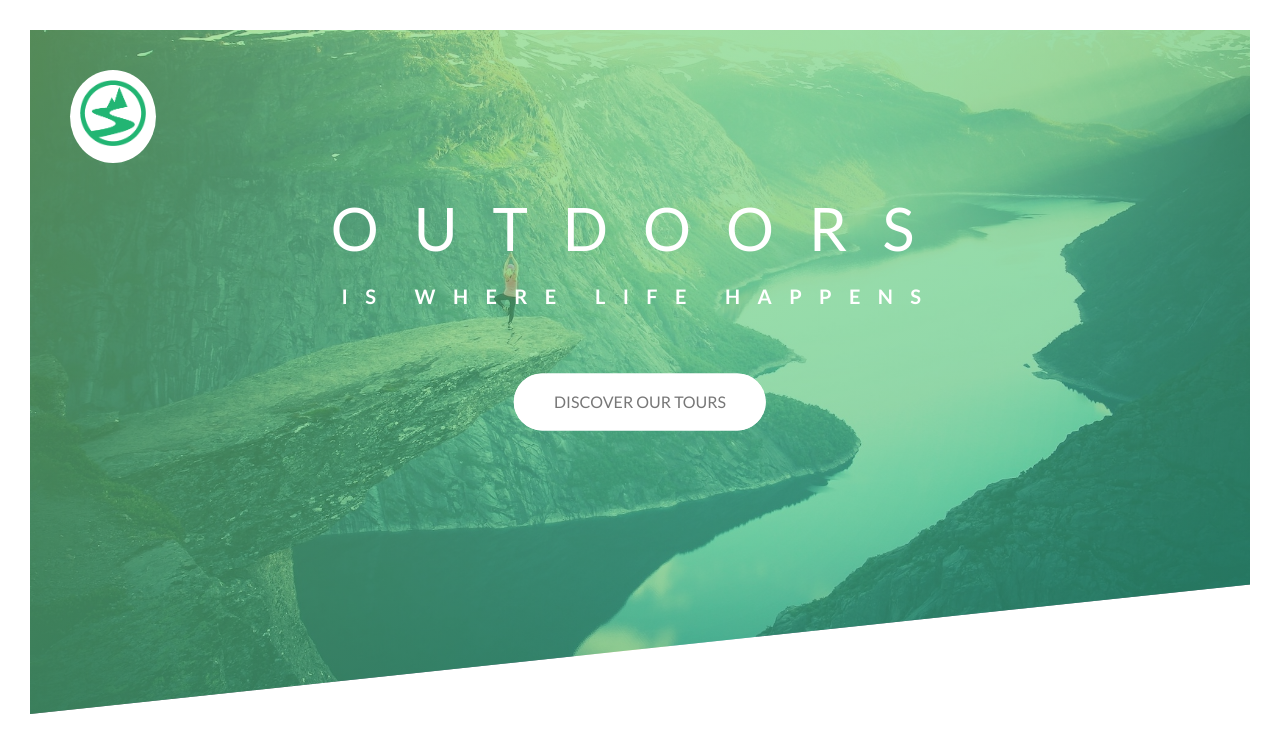
Repository: mukiSabljakovic/NatoursV1
Page: index.html
The author's editor kept a copy of each file at every save. The page is drawn from the files as they stood at one save, then again after the next save.
The browser window is 1280 px wide. The pictures show the whole page.
Some web libraries are served in a nearby version.

Above is the page before, as saved 2020-05-11 16:28:23.

After the next save:
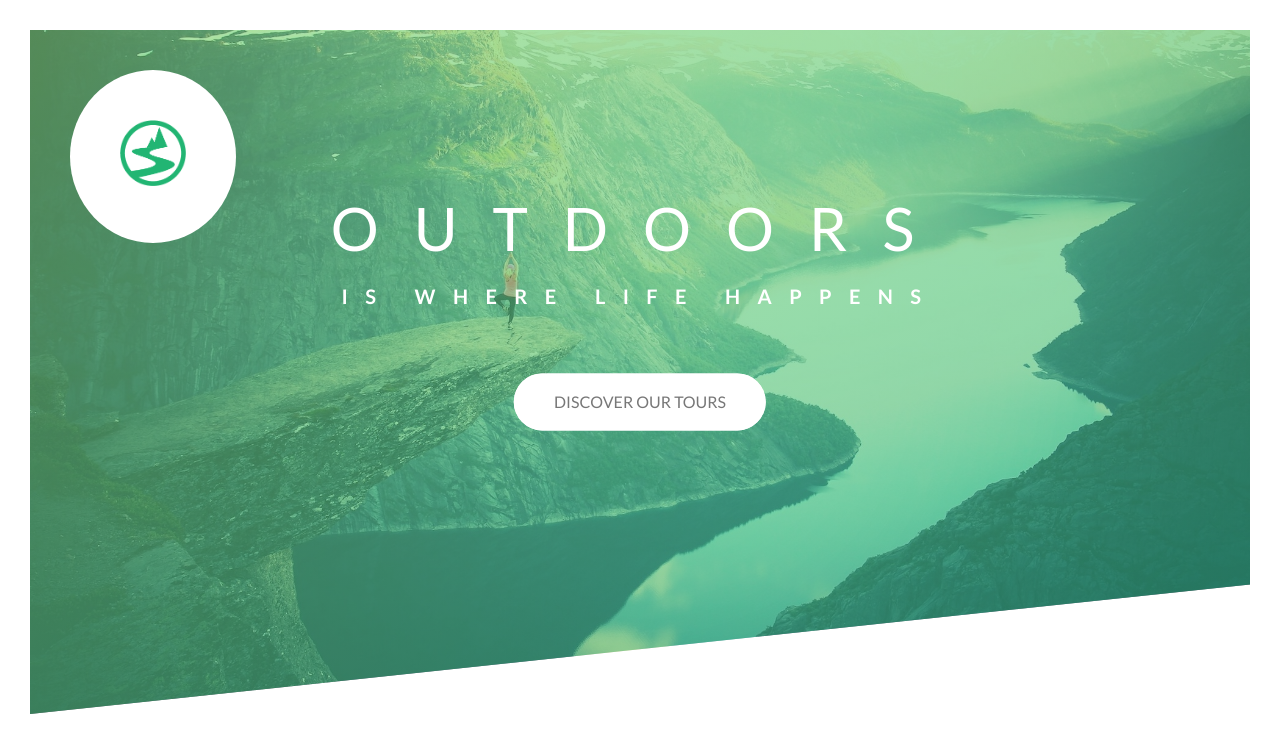
Saved 17 s later.
--- a/css/style.css
+++ b/css/style.css
@@ -47,7 +47,7 @@ body {
     left: 40px;
     background: white;
     border-radius: 100%;
-    padding: 10px;
+    padding: 50px;
 }
 
 .logo {
